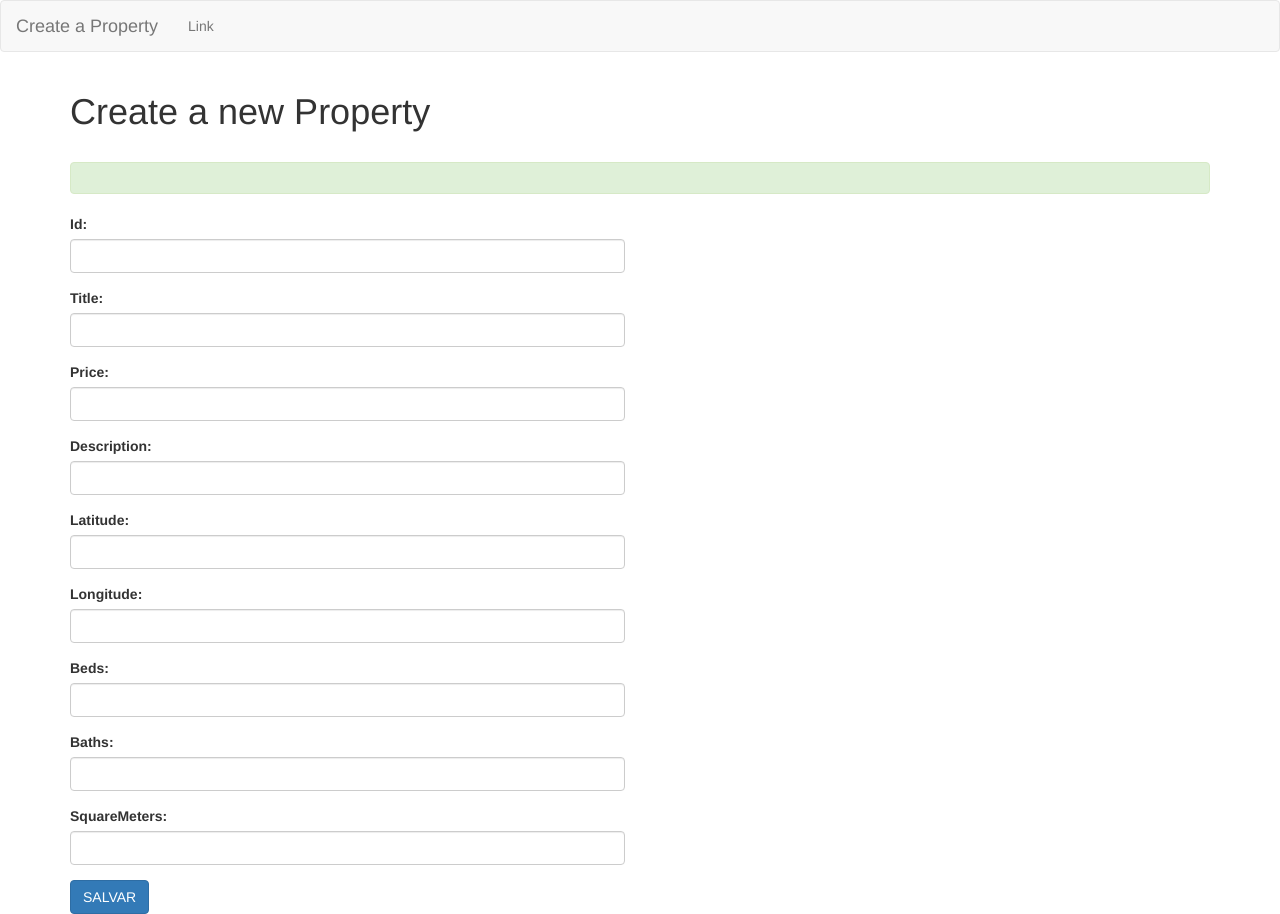
Repository: djoysilva/vivaRealChallenge
Page: http://localhost/vivaReal2.0/createProperty.jsp
An editor plug-in stored every save of this project. The page is shown before and after the next save, followed by the edit.
The browser window is 1280 px wide. The pictures show the whole page.
The page is served by Tomcat 9.

Above is the page before, as saved 2016-11-02 23:22:05.

After the next save:
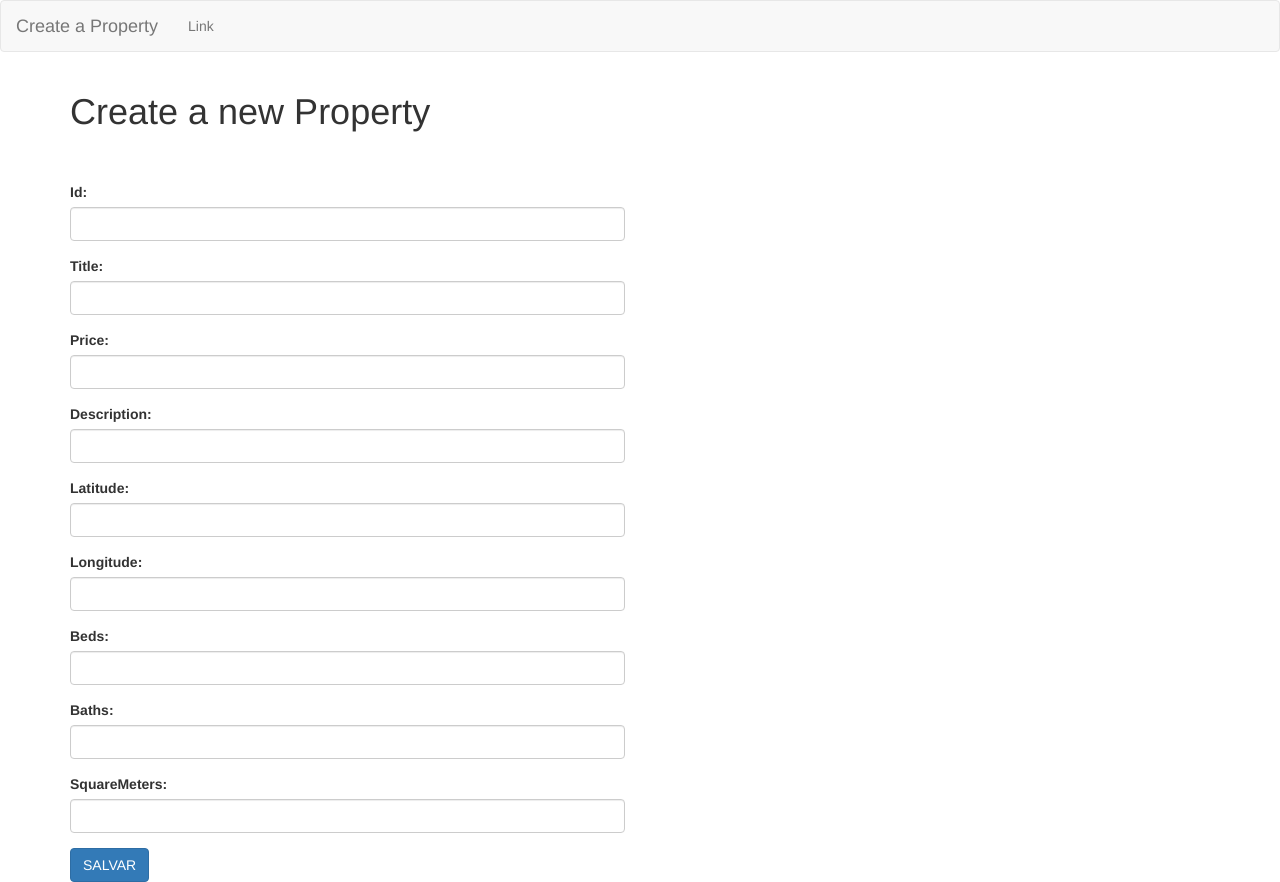
Saved 23 s later.
--- a/VivaRealWorkSpace/vivaReal2.0/WebContent/createProperty.jsp
+++ b/VivaRealWorkSpace/vivaReal2.0/WebContent/createProperty.jsp
@@ -12,9 +12,8 @@
 	<div class = "container">
 		<h1>Create a new Property</h1>
 		<br>
-		<div class = "alert alert-success">
 		${success}
-		</div>
+		<br>
 		<div class = "row">
 			<div class = "col-md-6">
 				<form action="propertyServlet" method="post">
